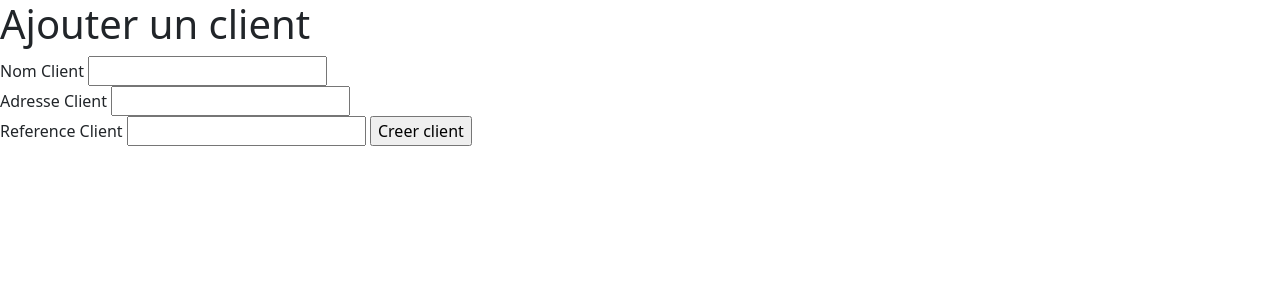
Repository: Elie-Dey/airblio
Page: test.html
The author's editor kept a copy of each file at every save. The page is drawn from the files as they stood at one save, then again after the next save.
The browser window is 1280 px wide. The pictures show the whole page.

Above is the page before, as saved 2022-03-28 11:53:34.

### test.html
<!DOCTYPE html>
<html lang="en">
  <head>
    <meta charset="UTF-8" />
    <meta http-equiv="X-UA-Compatible" content="IE=edge" />
    <meta name="viewport" content="width=device-width, initial-scale=1.0" />
    <link
      href="https://cdn.jsdelivr.net/npm/bootstrap@5.1.3/dist/css/bootstrap.min.css"
      rel="stylesheet"
      integrity="sha384-1BmE4kWBq78iYhFldvKuhfTAU6auU8tT94WrHftjDbrCEXSU1oBoqyl2QvZ6jIW3"
      crossorigin="anonymous"
    />
    <script src="https://ajax.googleapis.com/ajax/libs/jquery/3.6.0/jquery.min.js"></script>
    <title>Document</title>
  </head>
  <body>
    <h1>Ajouter un client</h1>
    <form action="connect.php?task=write" method="POST">
      <label for="nom">Nom Client </label>
      <input type="text" name="nom" id="nom" /> <br />
      <label for="Adresse">Adresse Client</label>
      <input type="text" name="adresse" id="adresse" /> <br />
      <label for="reference">Reference Client</label>
      <input type="text" name="reference" id="reference" />
      <input type="submit" value="Creer client" />
    </form>

    <div class="display-client"></div>
    <script src="js/app.js"></script>
  </body>
</html>

### js/app.js
// var getHttpRequest = function () {
//   var httpRequest = false;
//   if (window.XMLHttpRequest) {
//     // Mozilla, Safari, IE7+...
//     httpRequest = new XMLHttpRequest();
//   } else if (window.ActiveXObject) {
//     // IE 6 et antérieurs
//     httpRequest = new ActiveXObject("Microsoft.XMLHTTP");
//   }

//   return httpRequest;
// };

// var httpRequest = getHttpRequest();
// httpRequest.open("GET");

// $(document).ready(function () {
//   $("form").submit(function (event) {
//     var formData = {
//       nom: $("#nom").val(),
//       adresse: $("#adresse").val(),
//       reference: $("#reference").val(),
//     };
//     $.ajax({
//       type: "POST" ? url : "connect.php",
//       data: formData,
//       dataType: "json",
//       encode: true,
//     }).done(function (data) {
//       console.log(data);
//     });

//     event.preventDefault();
//   });
// });

function getClients() {
  //Creation d'une requete AJAX pour se connecter au serveur avec le fichier connect.php
  const requeteAjax = new XMLHttpRequest();
  requeteAjax.open("GET", "connect.php");

  //Quand les données sont reçus, les traités sous forme de JSON et les affichés au format HTML

  requeteAjax.onload = function () {
    const resultat = JSON.parse(requeteAjax.responseText);
    const html = resultat
      .map(function (client) {
        return `
      <tr>
    <td>${client.nom}</td> <br>
    <td>${client.adresse}</td>  <br>
    <td>${client.reference}</td>  <br>
    </tr>
      `;
      })
      .join("");

    const clients = document.querySelector(".display-client");
    clients.innerHTML = html;
  };

  //On envoie la requete
  requeteAjax.send();
}

After the next save:
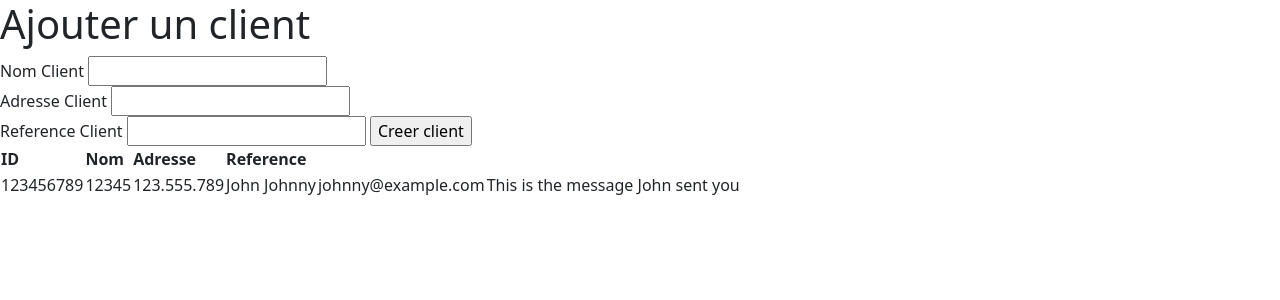
Saved 14 min 35 s later.
--- a/test.html
+++ b/test.html
@@ -25,7 +25,25 @@
       <input type="submit" value="Creer client" />
     </form>
 
-    <div class="display-client"></div>
+
+    <div class="display-client">
+        <table>
+  <tr>
+    <th>ID</th>
+    <th>Nom</th>
+    <th>Adresse</th>
+    <th>Reference</th>
+  </tr>
+  <tr>
+    <td>123456789</td>
+    <td>12345</td>
+    <td>123.555.789</td>
+    <td>John Johnny</td>
+    <td>johnny@example.com</td>
+    <td>This is the message John sent you</td>
+  </tr>
+
+    </div>
     <script src="js/app.js"></script>
   </body>
 </html>
